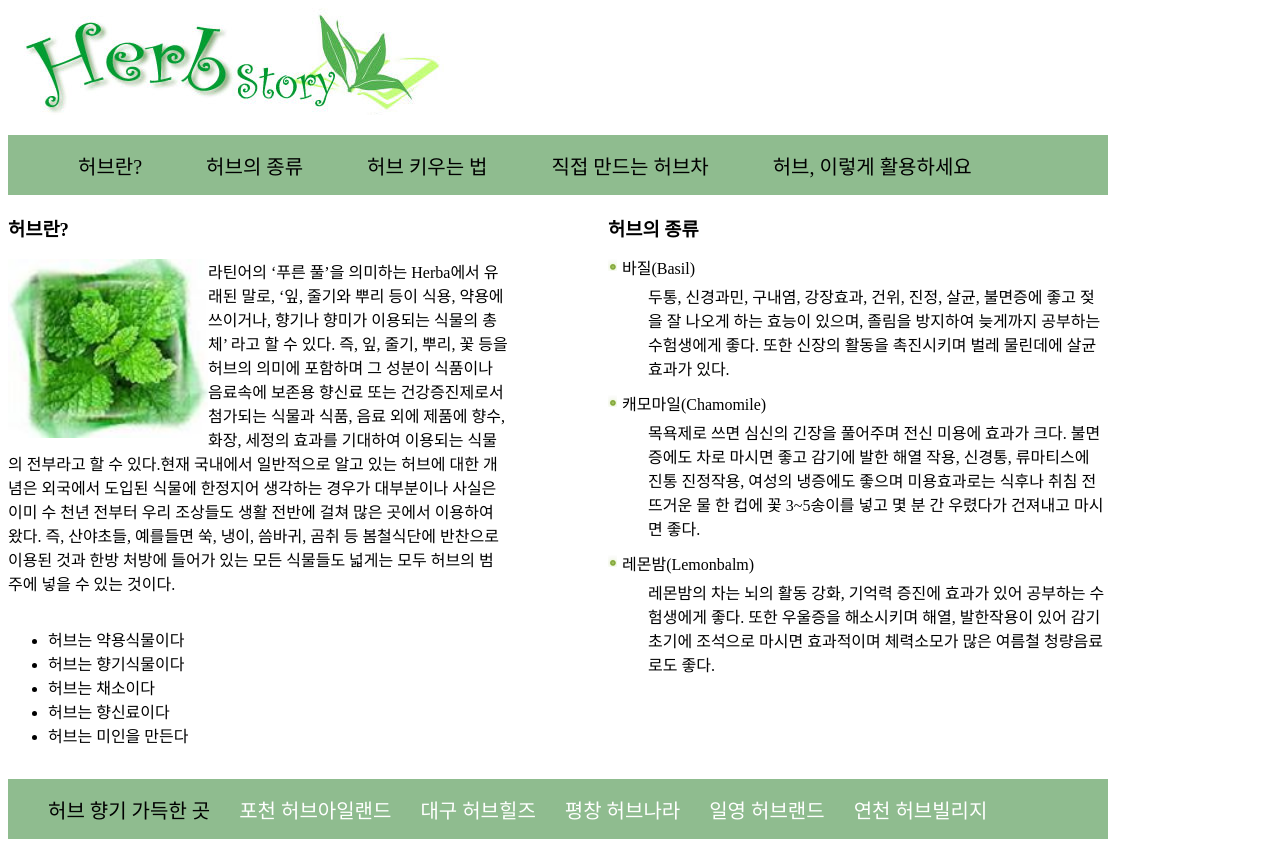
Repository: WonSeungUn/VSCODE
Page: web_work/CSS/WebContent/layout.htm
An editor plug-in stored every save of this project. The page is shown before and after the next save, followed by the edit.
The browser window is 1280 px wide. The pictures show the whole page.

Above is the page before, as saved 2024-07-09 08:20:11.

### web_work/CSS/WebContent/layout.htm
<!DOCTYPE HTML PUBLIC "-//W3C//DTD HTML 4.01//EN" "http://www.w3.org/TR/html4/strict.dtd">
<html>
<head>
<title>레이아웃 연습하기</title>
<meta http-equiv="Content-Type" content="text/html; charset=UTF-8">
<style type="text/css">

	body {
		width : 1100px;
	}

	ul {
		padding: 16px 0px 16px 40px;
	}

	#menu li, #infolist li {
		display: inline;
		font-size: 20px;
		margin-right : 25px;
	}

	#menu li {
		margin : 0px 30px;

	}

	a {
		text-decoration: none;
		color: black;
	}

	dt{
		background: url("images/li.gif");
		background-repeat: no-repeat;
		height: 25px;
		line-height: 19px;
		padding-left: 14px;
	}

	dd {
		margin-bottom : 15px;
	}

	#infolist ul li a {
		color : white;
	}

	#menu, #infolist {
		background: darkseagreen;
		height: 60px;
	}

	#content1 {
		width : 500px;
		float: left;
	}

	#balm {
		float :left;
		width : 200px;
	}

	#content2 {
		width : 500px;
		float : right;
	}

	#infolist {
		clear: both;
	}
</style>
</head>
<body>

<div>
	<img src="images/herblogo.jpg">
</div>

<div id="menu">
 <ul>
  <li><a href="#">허브란?</a></li>
  <li><a href="#">허브의 종류</a></li>
  <li><a href="#">허브 키우는 법</a></li>
  <li><a href="#">직접 만드는 허브차</a></li>
  <li><a href="#">허브, 이렇게 활용하세요</a></li>
 </ul>
</div>

<div id="content1">
 <h3>허브란? </h3>
 <img src="images/balm.jpg" id="balm">
 <p>라틴어의 ‘푸른 풀’을 의미하는 Herba에서 유래된 말로, ‘잎, 줄기와 뿌리 등이 식용, 약용에 쓰이거나, 향기나 향미가 이용되는 식물의 총체’ 라고 할 수 있다. 즉, 잎, 줄기, 뿌리, 꽃 등을 허브의 의미에 포함하며 그 성분이 식품이나 음료속에 보존용 향신료 또는 건강증진제로서 첨가되는 식물과 식품, 음료 외에 제품에 향수, 화장, 세정의 효과를 기대하여 이용되는 식물의 전부라고 할 수 있다.현재 국내에서 일반적으로 알고 있는 허브에 대한 개념은 외국에서 도입된 식물에 한정지어 생각하는 경우가 대부분이나 사실은 이미 수 천년 전부터 우리 조상들도 생활 전반에 걸쳐 많은 곳에서 이용하여 왔다. 즉, 산야초들, 예를들면 쑥, 냉이, 씀바귀, 곰취 등 봄철식단에 반찬으로 이용된 것과 한방 처방에 들어가 있는 모든 식물들도 넓게는 모두 허브의 범주에 넣을 수 있는 것이다.</p>
 <ul>
  <li>허브는 약용식물이다</li>
  <li>허브는 향기식물이다</li>
  <li>허브는 채소이다</li>
  <li>허브는 향신료이다</li>
  <li>허브는 미인을 만든다</li>
 </ul>
</div>

<div id="content2">
 <h3>허브의 종류</h3>
 <dt>바질(Basil)</dt>
  <dd>두통, 신경과민, 구내염, 강장효과, 건위, 진정, 살균, 불면증에 좋고 젖을 잘 나오게 하는 효능이 있으며, 졸림을 방지하여 늦게까지 공부하는 수험생에게 좋다. 또한 신장의 활동을 촉진시키며 벌레 물린데에 살균효과가 있다.</dd>
 <dt>캐모마일(Chamomile)</dt>
  <dd>목욕제로 쓰면 심신의 긴장을 풀어주며 전신 미용에 효과가 크다. 불면증에도 차로 마시면 좋고 감기에 발한 해열 작용, 신경통, 류마티스에 진통 진정작용, 여성의 냉증에도 좋으며 미용효과로는 식후나 취침 전 뜨거운 물 한 컵에 꽃 3~5송이를 넣고 몇 분 간 우렸다가 건져내고 마시면 좋다.</dd>
 <dt>레몬밤(Lemonbalm)</dt>
  <dd>레몬밤의 차는 뇌의 활동 강화, 기억력 증진에 효과가 있어 공부하는 수험생에게 좋다. 또한 우울증을 해소시키며 해열, 발한작용이 있어 감기 초기에 조석으로 마시면 효과적이며 체력소모가 많은 여름철 청량음료로도 좋다.</dd>
</div>

<div id="infolist">
 <ul>
  <li id="list_title">허브 향기 가득한 곳</li>
  <li><a href="http://www.herbisland.net/" target="_blank">포천 허브아일랜드</a></li>
  <li><a href="http://www.herbhillz.com/" target="_blank">대구 허브힐즈</a></li>
  <li><a href="http://www.herbnara.com/" target="_blank">평창 허브나라</a></li>
  <li><a href="http://www.iyherbland.co.kr/" target="_blank">일영 허브랜드</a></li>
  <li><a href="http://www.herbvillage.co.kr/" target="_blank">연천 허브빌리지</a></li>
 </ul>
</div>
</body>
</html>

After the next save:
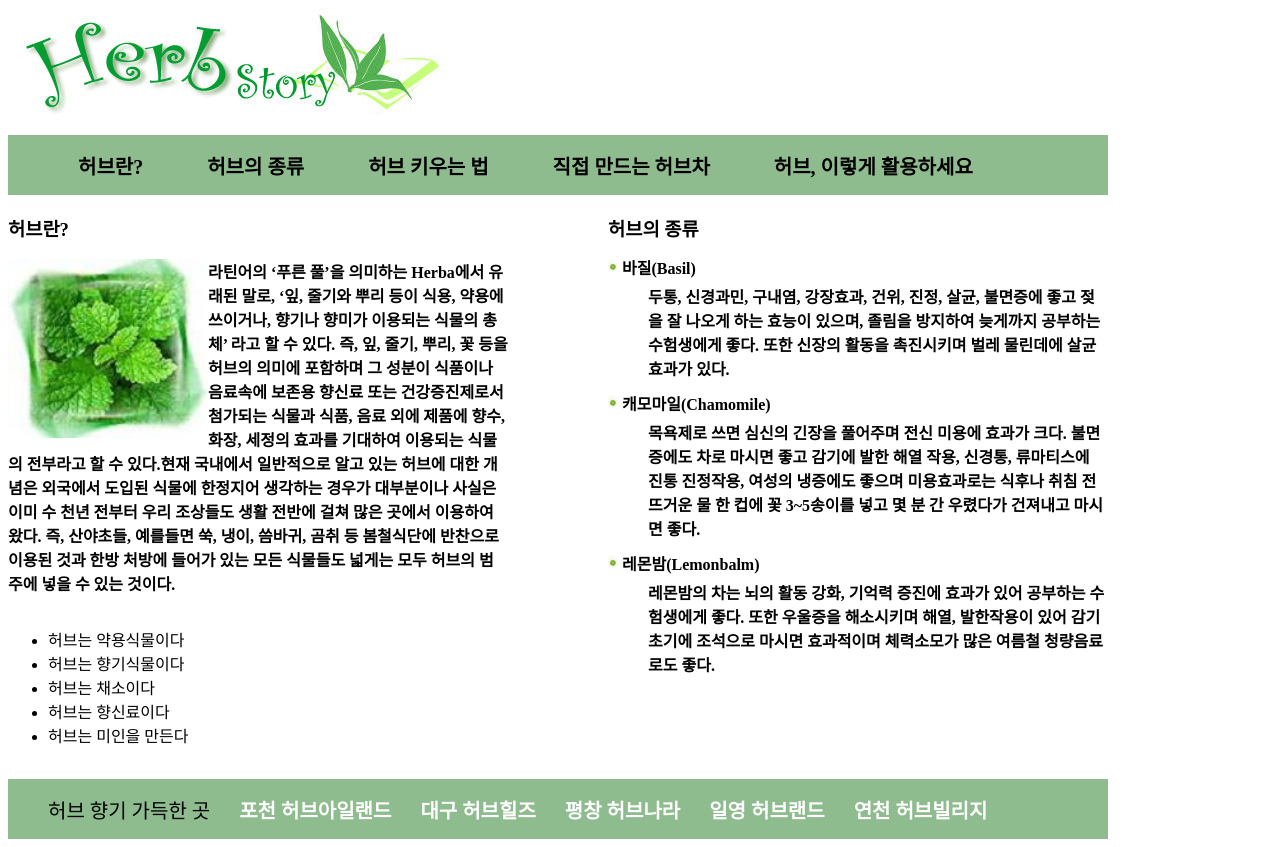
Saved 59 s later.
--- a/web_work/CSS/WebContent/layout.htm
+++ b/web_work/CSS/WebContent/layout.htm
@@ -68,6 +68,10 @@
 	#infolist {
 		clear: both;
 	}
+
+	a, dt, dd, dl, p {
+		font-weight: bold;
+	}
 </style>
 </head>
 <body>
